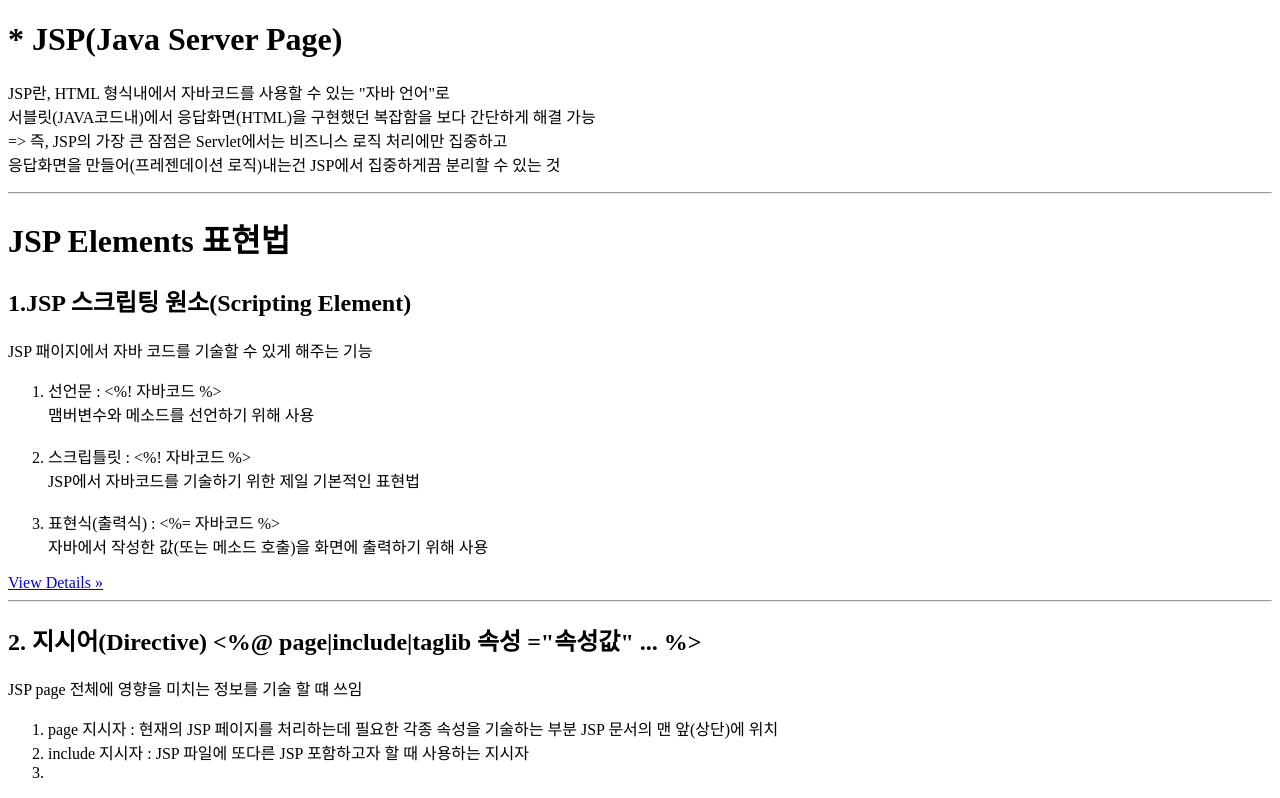
Repository: BrianH29/BH_webserver_workspace1
Page: webserver_workspace1/2_JSP/WebContent/index.html
The author's editor kept a copy of each file at every save. The page is drawn from the files as they stood at one save, then again after the next save.
The browser window is 1280 px wide. The pictures show the whole page.

Above is the page before, as saved 2020-08-31 02:07:31.

After the next save:
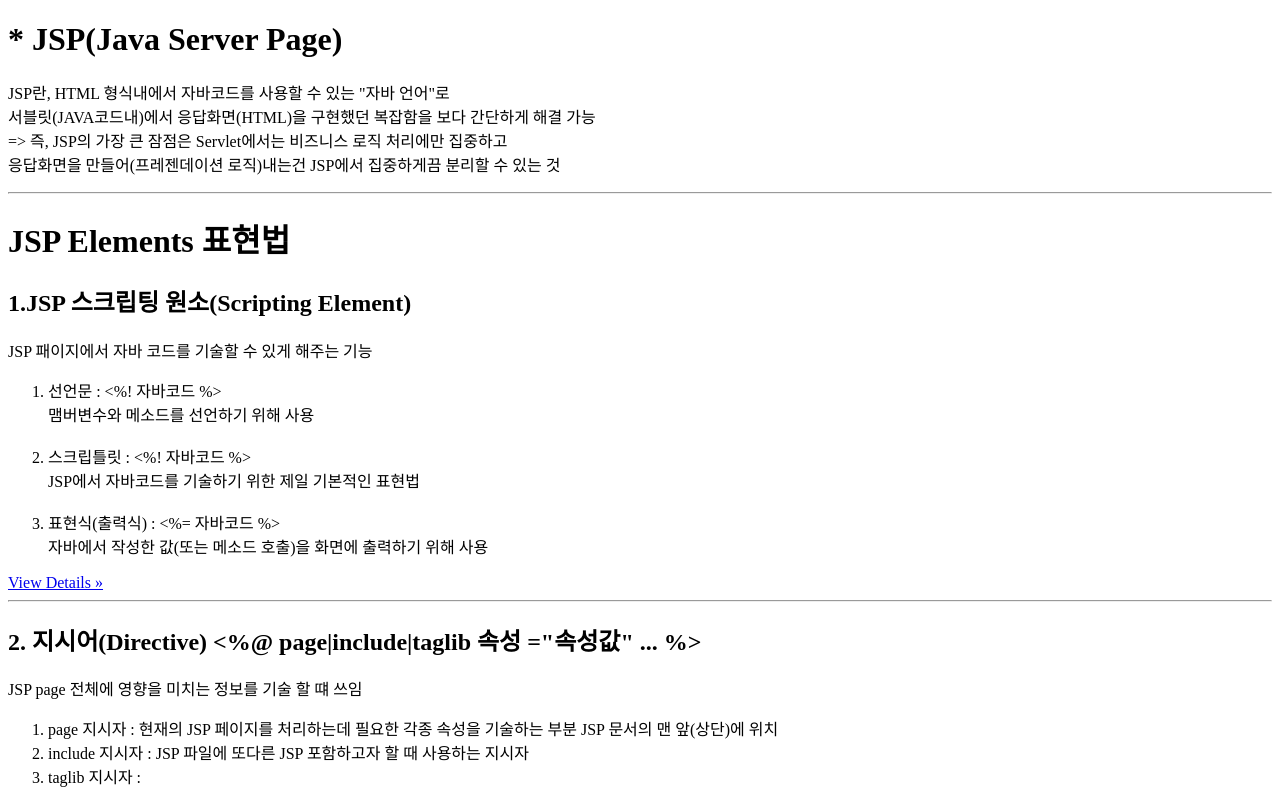
Saved 25 s later.
--- a/webserver_workspace1/2_JSP/WebContent/index.html
+++ b/webserver_workspace1/2_JSP/WebContent/index.html
@@ -48,13 +48,13 @@
 
 	<ol>
 		<li>
-			page 지시자 : 현재의 JSP 페이지를 처리하는데 필요한 각종 속성을 기술하는 부분 JSP 문서의 맨 앞(상단)에 위치
+			page 지시자 : 현재의 JSP 페이지를 처리하는데 필요한 각종 속성을 기술하는 부분 JSP 문서의 맨 앞(상단)에 위치<br>
 		</li>
 		<li>
-			include 지시자 : JSP 파일에 또다른 JSP 포함하고자 할 때 사용하는 지시자
+			include 지시자 : JSP 파일에 또다른 JSP 포함하고자 할 때 사용하는 지시자<br>
 		</li>
 		<li>
-
+			taglib 지시자 :
 		</li>
 	</ol>
 
